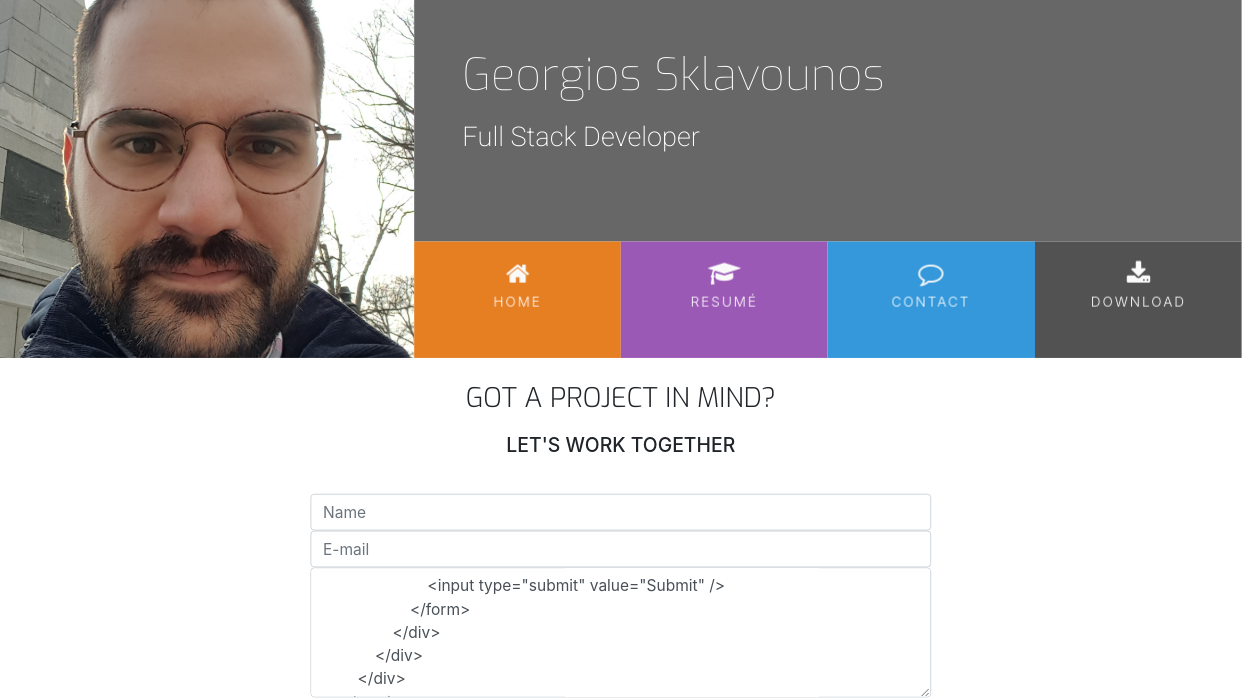
Repository: GeorgiosSklav/MyResume
Page: contact.html
The author's editor kept a record of every edit. The page is drawn from the files as they stood at one moment, then again after the next edit.
The browser window is 1280 px wide. The page is 1295 px wide, so the pictures cover 1295 px, including what lies to the right of the window. The pictures show the whole page, at 97% of full size.

Above is the page before.

After the next edit:
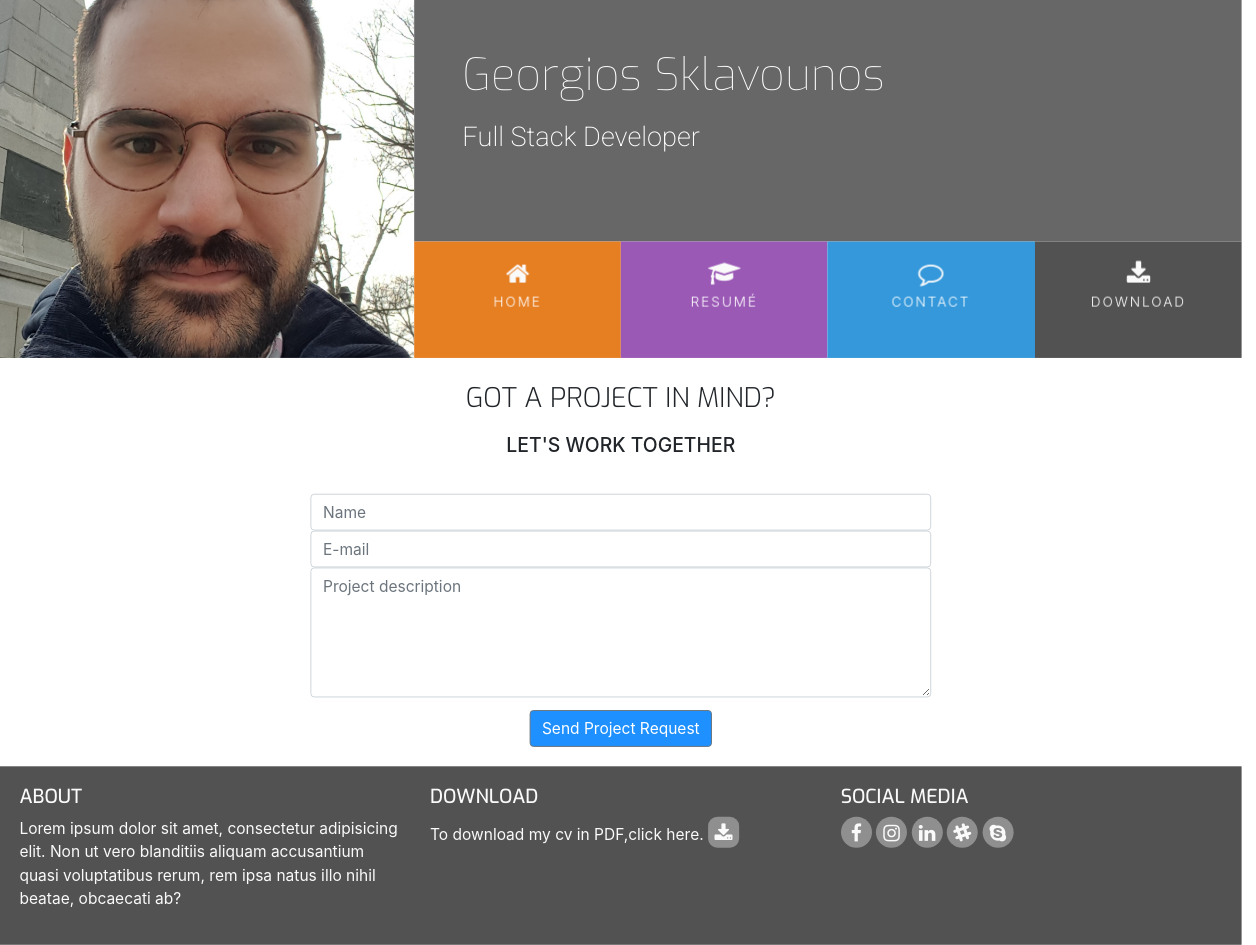
The edit:
--- a/contact.html
+++ b/contact.html
@@ -53,13 +53,15 @@
                 <h5 class="text-center uppercase">Let's work together</h5>
                 <div class="center-form">
                     <form>
-                        <input type="text" name="name" id="fullname" class="form-control"
-                        placeholder="Name" required/>
-                        <input type="email" name="email" id="emailaddress" class="form-control"
-                        placeholder="E-mail" required/>
-                        <textarea rows="5" name="projectsummary" id="projectsummary" class="form-control"
-                        placeholder="Project decription" required/>
-                        <input type="submit" value="Submit" />
+                        <input type="text" name="name" id="fullname" class="form-control" placeholder="Name" required/>
+                        <input type="email" name="email" id="emailaddress" class="form-control" placeholder="E-mail" required/>
+                        <textarea rows="5" name="projectsummary" id="projectsummary"
+                        class="form-control" placeholder="Project description" required></textarea>
+                        <div class="form-row text-center">
+                            <div class="col">
+                                <button type="submit" class="btn btn-secondary">Send Project Request</button>
+                            </div>
+                        </div>
                     </form>
                 </div>
             </div>
